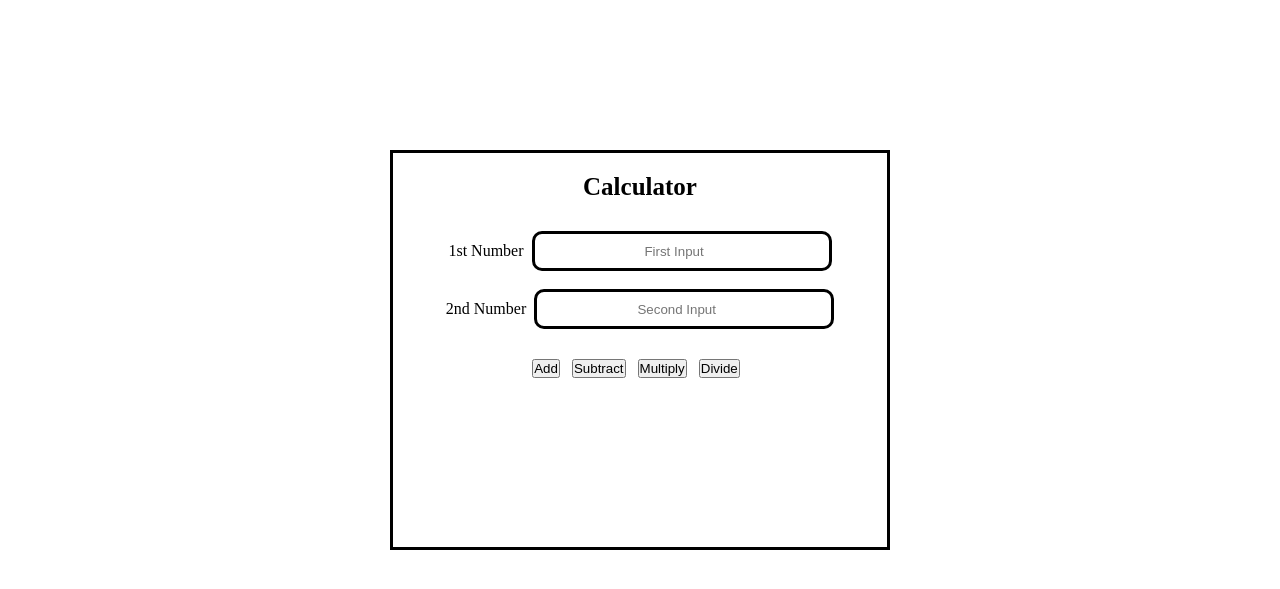
Repository: Shreyash1107/Intern_Projects
Page: Calculator/src/main/webapp/Calculator.html
The author's editor kept a copy of each file at every save. The page is drawn from the files as they stood at one save, then again after a run of saves.
The browser window is 1280 px wide. The pictures show the whole page.

Above is the page before, as saved 2024-07-03 10:39:39.

### Calculator/src/main/webapp/Calculator.html
<!DOCTYPE html>
<html>
<head>
<meta charset="ISO-8859-1">
<title>Calculator</title>
<link rel="stylesheet" href="style.css"/>
</head>
<body>
		<center>
			<form>
				<div class="wrapper">
			<h4>Calculator</h4>
			<div class="container">
					<tr>
					<td>1st Number</td>&nbsp;
						<td><input type="number" name="First" value="" placeholder="First Input"</td>
					</tr>
					<br><br>
					<tr>
						<td>2nd Number</td>&nbsp;
						<td><input type="number" name="Second" value="" placeholder="Second Input"</td>
					</tr>
					<div class="Result">
					<input type="submit" name="a" value="Add" autocomplete="off">&nbsp;&nbsp;
					<input type="submit" name="b" value="Subtract" autocomplete="off">&nbsp;&nbsp;
					<input type="submit" name="c" value="Multiply" autocomplete="off">&nbsp;&nbsp;
					<input type="submit" name="d" value="Divide" autocomplete="off">&nbsp;&nbsp;
					</div>
			</div>
		</div>
			</form>
		</center>
</body>
</html>

### Calculator/src/main/webapp/style.css
@charset "ISO-8859-1";
*
{
	padding: 0;
	margin:0;
	box-sizing: border-box;
}
.wrapper
{
	width: 500px;
	height:400px;
	border: 3px solid black;
	margin:150px auto;
}
.wrapper h4
{
	padding-top: 20px;
	font-size: 25px;
}
.container
{
	padding-top: 30px;
}
.Result
{
	padding-top: 30px;
}
input[type="number"]
{
	width: 300px;
	height:40px;
	border: 3px solid black;
	border-radius: 10px;
}
input[type="number"]::placeholder
{
	text-align: center;
}
input[type="submit"]
{

}

After the next 4 saves:
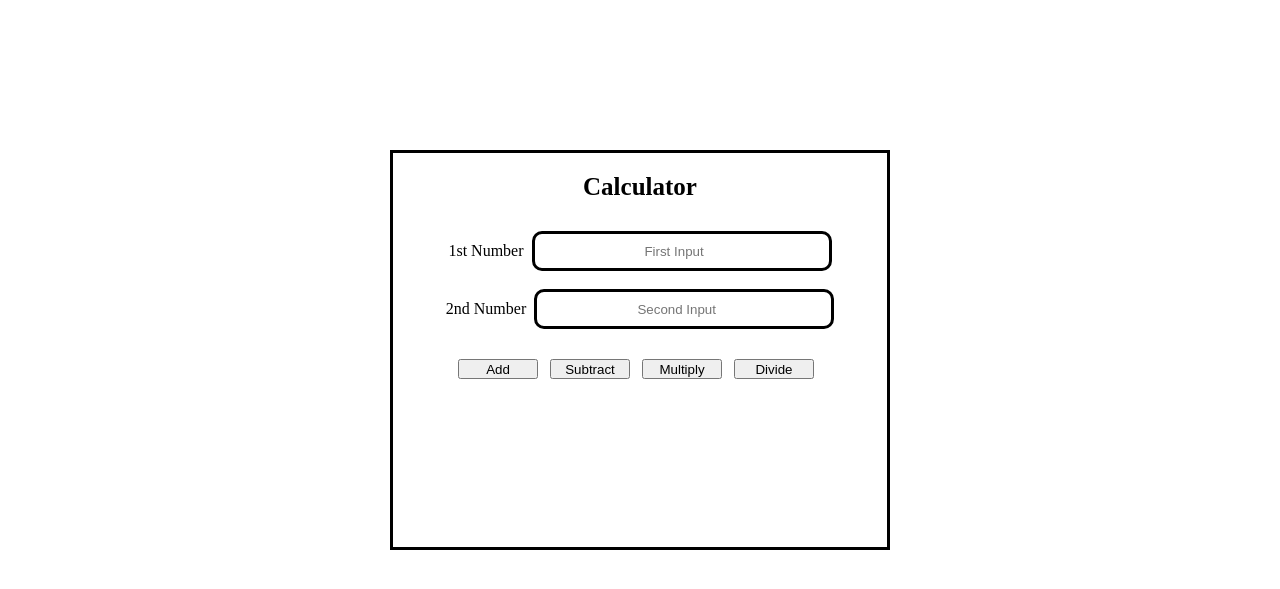
The 4 saves are shown as one change because they came seconds apart.
The last was saved 23 s later.
--- a/Calculator/src/main/webapp/style.css
+++ b/Calculator/src/main/webapp/style.css
@@ -38,5 +38,6 @@ input[type="number"]::placeholder
 }
 input[type="submit"]
 {
-
+	width: 80px;
+	height: 20px;
 }
